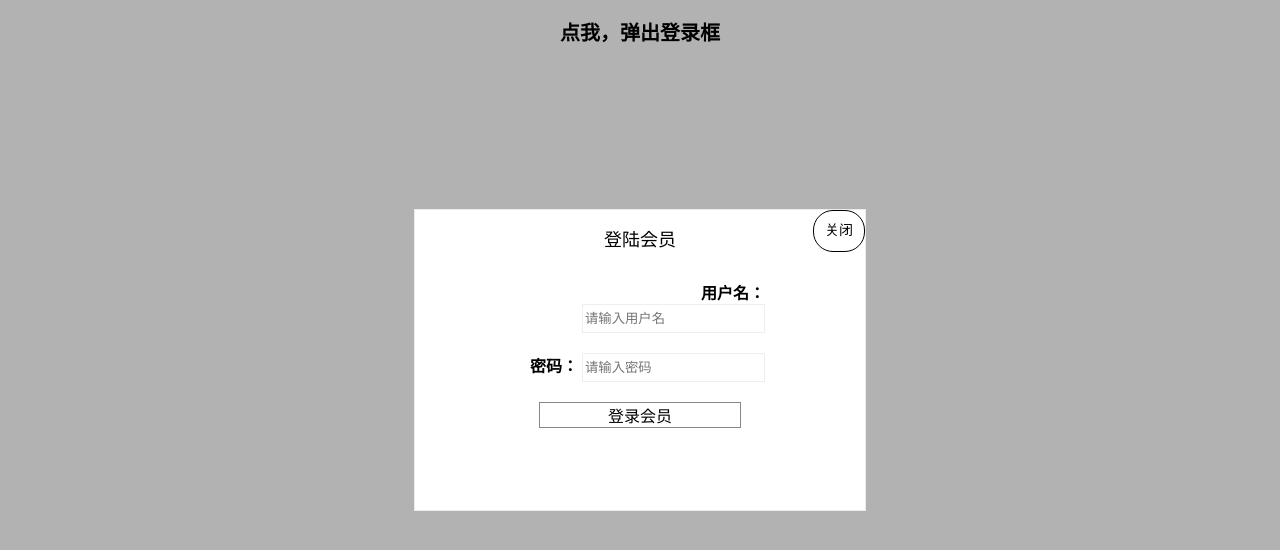
Repository: szl156/class
Page: review/javascript/test/test.html
The author's editor kept a copy of each file at every save. The page is drawn from the files as they stood at one save, then again after the next save.
The browser window is 1280 px wide. The pictures show the whole page.

Above is the page before, as saved 2022-07-25 17:15:17.

### review/javascript/test/test.html
<!DOCTYPE html>
<html lang="en">

<head>
    <meta charset="UTF-8">
    <meta http-equiv="X-UA-Compatible" content="IE=edge">
    <meta name="viewport" content="width=device-width, initial-scale=1.0">
    <title>拟态框实现</title>
    <style>
        .login-header {
            text-align: center;
            height: 50px;
            line-height: 50px;
            font-size: 20px;
            font-weight: 800;
        }

        #link {
            text-decoration: none;
            color: black;
        }

        .login {
            position: fixed;
            border: #ebebeb solid 1px;
            width: 450px;
            height: 300px;
            background-color: white;
            left: 50%;
            top: 50%;
            transform: translate(-50%, -50%);
            z-index: 999;
        }

        .login-title {
            position: relative;
            width: 100%;
            margin: 10px 0 0 0;
            text-align: center;
            line-height: 40px;
            height: 40px;
            font-size: 18px;
        }

        span a {
            text-decoration: none;
            color: black;
            position: absolute;
            right: 0;
            top: -10px;
            display: block;
            width: 50px;
            border: black solid 1px;
            border-radius: 20px;
            font-size: 14px;
        }

        .login-input {
            text-align: right;
            margin: 20px 100px;
            font-weight: 800;
        }

        .login-input input {
            border: solid 1px #eeeeee;
            line-height: 25px;
            outline: none;
        }

        .login-button {
            position: fixed;
            left: 50%;
            transform: translate(-50%);
            text-align: center;
            width: 200px;
            border: 1px solid #888888;
        }

        .login-button a {
            text-decoration: none;
            color: black;
            font-weight: 400;
        }

        .login-bg {
            width: 100%;
            height: 100%;
            position: fixed;
            top: 0;
            left: 0;
            background-color: rgba(0, 0, 0, .3)
        }
    </style>
</head>

<body>
    <div class="login-header">
        <a href="javascript:;" id="link">点我，弹出登录框</a>
    </div>
    <div class="login" id="login">
        <div id="title" class="login-title">登陆会员
            <span><a href="javascript:;" id="closeBtn" class="close-login">关闭</a></span>
        </div>
        <div class="login-input-content">
            <div class="login-input">
                <label for="uname">用户名：</label>
                <input type="text" id="uname" name="info[username]" placeholder="请输入用户名">
            </div>
            <div class="login-input">
                <label>密码：</label>
                <input type="password" name="psw" id="psw" placeholder="请输入密码">
            </div>
            <div id="loginBtn" class="login-button"><a href="javascript:;">登录会员</a></div>
        </div>
    </div>
    <div class="login-bg" id="bg"></div>
    <script>
        let close_btn = document.querySelector('.close-login')
        let login = document.querySelector('.login')
        let bg = document.querySelector('.login-bg')
        let denglu = document.querySelector('#link')
        denglu.addEventListener('click', function() {
            login.style.display = 'block'
            bg.style.display = 'block'
        })
        close_btn.addEventListener('click', function() {
            login.style.display = 'none'
            bg.style.display = 'none'
        })
    </script>
</body>

</html>

After the next save:
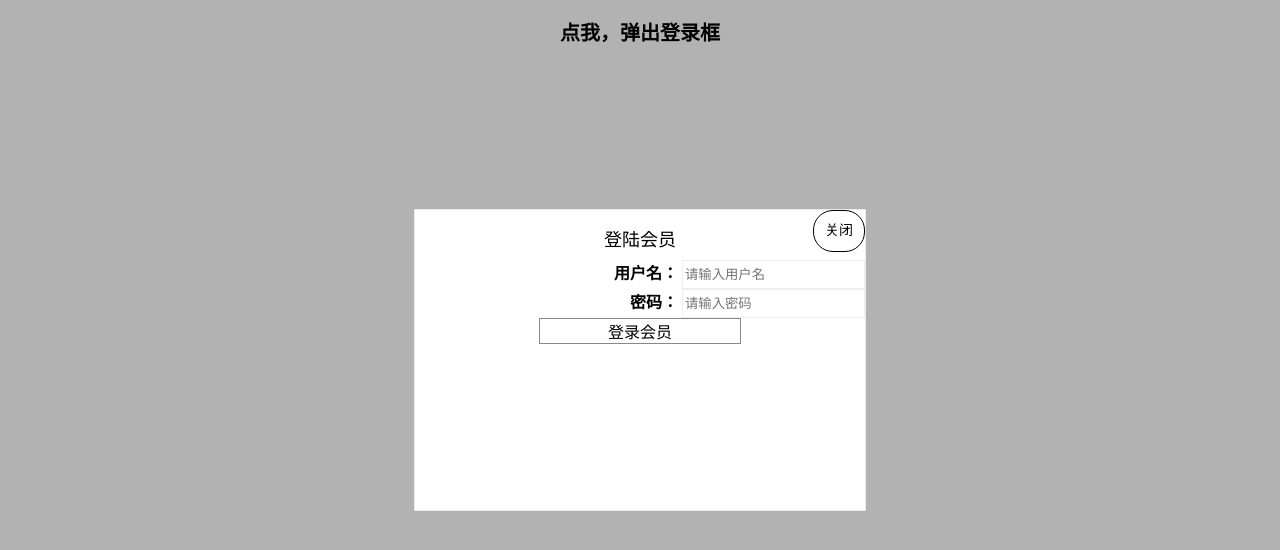
Saved 26 s later.
--- a/review/javascript/test/test.html
+++ b/review/javascript/test/test.html
@@ -57,7 +57,7 @@
 
         .login-input {
             text-align: right;
-            margin: 20px 100px;
+            /* margin: 20px 100px; */
             font-weight: 800;
         }
 

After the save that followed:
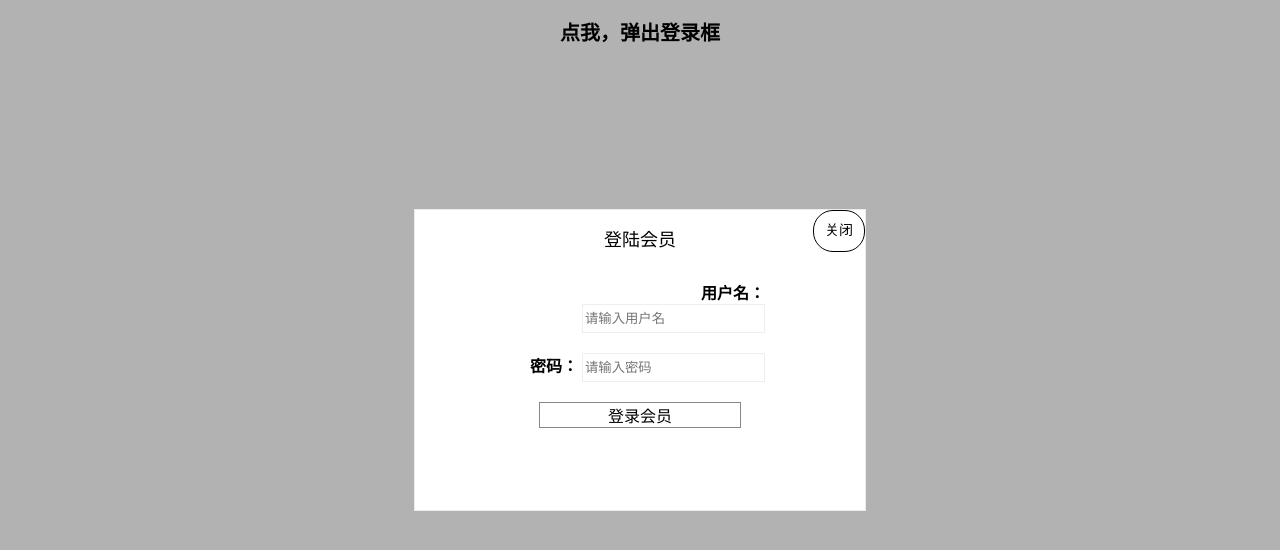
Saved 7 s later.
--- a/review/javascript/test/test.html
+++ b/review/javascript/test/test.html
@@ -57,7 +57,7 @@
 
         .login-input {
             text-align: right;
-            /* margin: 20px 100px; */
+            margin: 20px 100px;
             font-weight: 800;
         }
 
